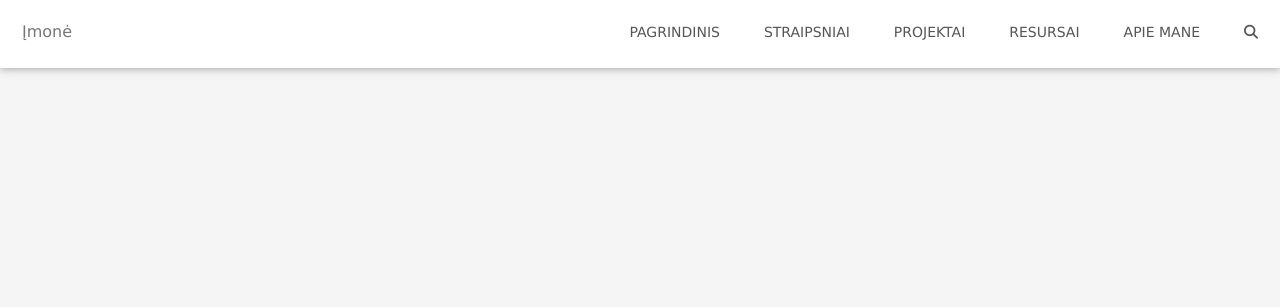
Repository: motiejus1/14-paskaita-05.31
Page: index.html
An editor plug-in stored every save of this project. The page is shown before and after a run of saves, followed by the edit.
The browser window is 1280 px wide. The pictures show the whole page.
Some web libraries are served in a nearby version.

Above is the page before, as saved 2021-06-23 20:23:42.

After the next 2 saves:
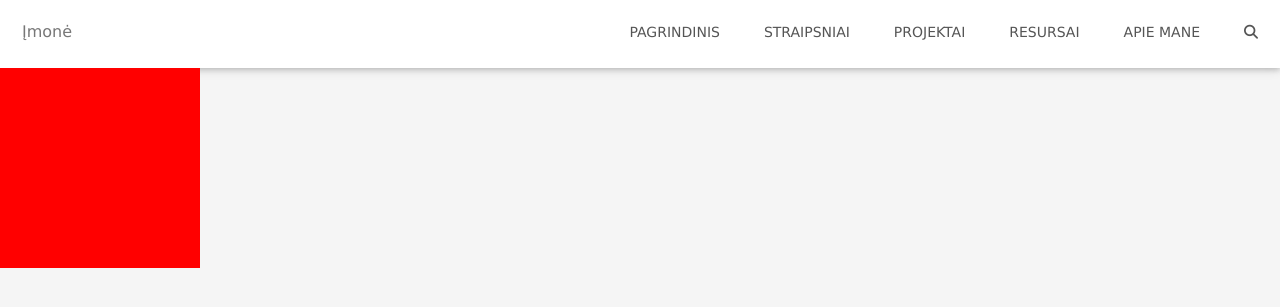
The 2 saves are shown as one change because they came seconds apart.
The last was saved 21 s later.
--- a/index.html
+++ b/index.html
@@ -162,6 +162,7 @@
         .kvadratelis {
             width: 200px;
             height: 200px;
+            background-color:red;
         }
 
     </style>
